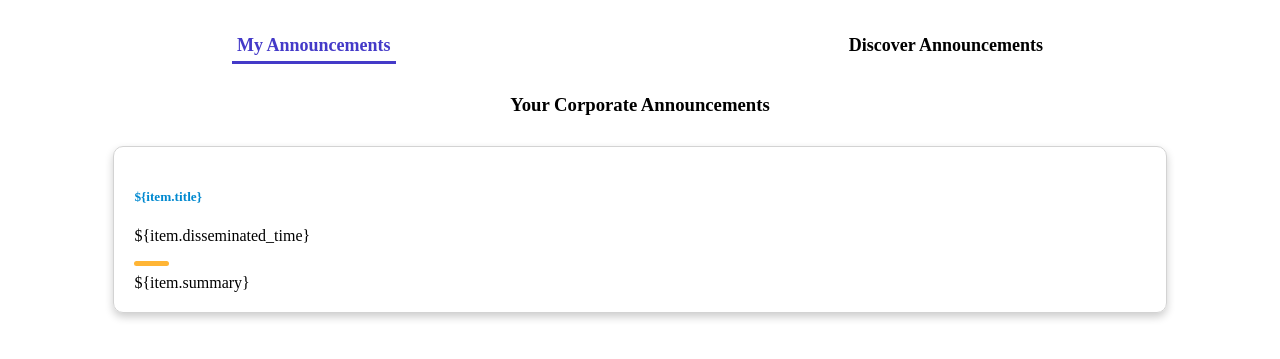
Repository: bhumikagohil/announcements
Page: announcements_tabs/index.html
These files come from the project's save history. The page is drawn as it stood at one moment and after the next save; the edit follows.
The browser window is 1280 px wide. The pictures show the whole page.
The page's requests for data from a server got no answer.

Above is the page before, as saved 2021-05-13 13:14:54.

### announcements_tabs/index.html
<!DOCTYPE html>
<html lang="en">

<head>
    <meta charset="UTF-8">
    <meta name="viewport" content="width=device-width, initial-scale=1.0">
    <meta http-equiv="X-UA-Compatible" content="ie=edge">
    <link href="style.css" rel="stylesheet">

    <title>Corporate Announcements</title>
</head>
<script src="https://ajax.googleapis.com/ajax/libs/jquery/3.5.1/jquery.min.js"></script>

<script src="script.js" defer></script>

<body>

    <div class="container">
        <ul class="tabs">
            <li data-tab-target="#my-announcements" class="active tab">My Announcements</li>
            <li data-tab-target="#discover-announcements" class="tab" id="discover-tab">Discover Announcements</li>
        </ul>

        <div class="tab-content">
            <div id="my-announcements" data-tab-content class="active">
                <div class="container">
                    <h3 class="heading">Your Corporate Announcements</h3>
                </div>

                <div class="container" id="announcements-cards-container">
                    <div class="announcements-card" id=${item.news_id}>
                        <h5 class="title">
                             ${item.title}
                        </h5>
                        <p class="time">
                            ${item.disseminated_time}
                        </p>
                        <hr/>
                        <div class="summary">
                            ${item.summary}
                        </div>
                    </div>
                </div>

            </div>
            <div id="discover-announcements" data-tab-content >
                <!-- Heading -->
                <div class="container">
                    <h3 class="heading">Discover Corporate Announcements</h3>
                </div>
                <!-- Autocomplete Bar -->
                <div class="container">
                    <form autocomplete="off" class="form">
                        <input id="input-field" placeholder="Search companies" type="text">
                        <ul class="autocomplete"></ul>
                    </form>
                </div>
                <!-- Cards Section -->
                <div class="container cards-container" id="discover-cards-container">
                </div>
            </div>

        </div>
    </div>

</body>

</html>

### announcements_tabs/style.css
[data-tab-content] {
  display: none;
}

.active[data-tab-content] {
  display: block;
}

.tabs {
  display: flex;
  justify-content: space-around;
  list-style-type: none;
  margin: 0;
  padding: 0;
}

.tab {
  cursor: pointer;
  padding: 5px;
  font-size: large;
  font-weight: bold;
}


.tab.active {
  color: #443ac8;
  border-bottom: 3px solid #443ac8;
}

.tab:hover {
  color: #443ac8;
}

/* Media Queries */
@media only screen and (max-width: 768px) {
  .tab {
    font-size: 10px;
  }
  .tab.active {
    border-bottom: 2px solid #443ac8;
  }
}

.container {
  width: 100%;
  margin: 30px auto;
}

.heading {
  text-align: center;
}

/*  ANNOUNCEMENTS */

.title {
  color: #0089d0;
}

.announcements-card {
  padding: 20px 20px;
  box-shadow: 0 4px 8px 0 rgba(0, 0, 0, 0.2);
  width: 80%;
  border: 1px solid #d3d3d3;
  border-radius: 10px;
  margin: auto;

  margin-bottom: 10px;
}

.announcements-card:hover {
  box-shadow: 0 8px 16px 0 rgba(0, 0, 0, 0.2);
}

hr {
  content: "";
  height: 5px;
  background: #ffb535;
  width: 35px;
  border-radius: 3px;
  margin-left: 0;
  border: none;
}

/* DISCOVER ANNOUNCEMENTS */

/* Input Bar */
.form {
  width: 100%;
}

#input-field {
  position: absolute;
  width: 80%;
  /* height: 35px; */
  border-right: none;
  padding: 10px;
  border-radius: 4px;
  border: 1px solid #aab7ca;
}

input[type="text" i] {
  font-size: 14px;
}

/* Autocomplete Bar */
.autocomplete {
  width: 100%;
  position: absolute;
  background: #fff;
  list-style-type: none;
  margin-top: 48px;
  padding-left: 0;
  /* margin-left: auto; */
  z-index: 10;
}

.autocomplete-items {
  display: flex;
  padding: 0px 10px;
  cursor: pointer;
  border: 1px solid #d4d4d4;
  border-top: none;
}

.autocomplete-items:hover {
  background-color: #e9e9e9;
}

.autocomplete-title {
  margin-right: 20px;
  font-size: 14px;
}

.add-button {
  width: 50px;
  height: 26px;
  text-align: center;
  cursor: pointer;
  color: #fff;
  background-color: #4caf50;
  margin: auto 0 auto auto;
  border: none;
}

/* Card  */

.cards-container {
  margin-top: 80px;
  z-index: 1;
}
.discover-card {
  padding: 2% 4%;
  box-shadow: 0 4px 8px 0 rgba(0, 0, 0, 0.2);
  border: 1px solid #d3d3d3;
  border-radius: 5px;
  margin: auto;
  margin-bottom: 10px;
  display: flex;
  flex-direction: row;
  justify-content: space-between;
  align-items: center;
}

.status-button {
  position: relative;
  border: none;
  color: white;
  padding: 5px 10px;
  height: 30px;
  width: 70px;
  text-align: center;
  text-decoration: none;
  display: inline-block;
  font-size: 12px;
  cursor: pointer;
  background-color: #f11e0f;
  z-index: 1;
}

/* Loader */
@keyframes spinner {
  to {
    transform: rotate(360deg);
  }
}

.spinner:before {
  content: "";
  position: absolute;
  width: 18px;
  height: 18px;
  margin-top: -10px;
  margin-left: -10px;
  margin-right: -10px;
  border-radius: 50%;
  border-top: 2px solid #fff;
  border-right: 2px solid transparent;
  animation: spinner 0.6s linear infinite;
  z-index: 4;
}

/* @media only screen and (min-width: 425px) {
  .autocomplete {
    width: 77%;
  }
}

@media only screen and (min-width: 768px) {
  .autocomplete {
    width: 78.3%;
  }
}

@media only screen and (min-width: 1024px) {
  .autocomplete {
    width: 78.7%;
  }
}
@media only screen and (min-width: 1440px) {
  .autocomplete {
    width: 79.2%;
  }
} */

### announcements_tabs/script.js
const tabs = document.querySelectorAll("[data-tab-target]");
const tabContents = document.querySelectorAll("[data-tab-content]");

tabs.forEach((tab) => {
  tab.addEventListener("click", () => {
    const target = document.querySelector(tab.dataset.tabTarget);
    tabContents.forEach((tabContent) => {
      tabContent.classList.remove("active");
    });
    tabs.forEach((tab) => {
      tab.classList.remove("active");
    });
    tab.classList.add("active");
    target.classList.add("active");
  });
});

// ANNOUNCEMENTS

const hostname = "165.22.217.142";

const endpoint = `http://localhost:8000/null`;

fetch(endpoint)
  .then(function (response) {
    return response.json();
  })
  .then(function (response) {
    if (response.length < 1) {
      $(".announcements-card").html(
        "You haven't added any companies yet.Please click on discover announcements to add companies to receive corporate announcements "
      );
    } else {
      const newCard = response.map((item) => {
        return `
                      <div class="announcements-card">
                          <h5 class="title"> ${item.title} </h5>
                          <p class="time"> ${item.disseminated_time}</p>
                          <hr/>
                          <div class="summary">
                              ${item.summary}
                          </div>
                      </div>
                  `;
      });

      document
        .querySelector("#announcements-cards-container")
        .insertAdjacentHTML("afterbegin", newCard);
    }
  })
  .catch(function (err) {
    console.log("error: " + err);
  });

// DISCOVER ANNOUNCEMENTS

var query,
  company_cards_present = [];

const min_query_length = 3;
const spinner = `<div class="spinner"></div>`;

$(document).ready(function () {
  $("#input-field").on("input", function () {
    query = $(this).val();
    if (query.length >= min_query_length) {
      //   Fetching Autocomplete Sugguestions
      fetchData(
        `http://${hostname}/corpann/api/autocomplete/?search=${query}`,
        renderAutocompleteItem
      );
    } else {
      $(".autocomplete").empty();
    }
  });
});

// Fetching Followed Companies
$('#discover-tab').one("click", function () {
  // $("#loadingMessage").css('padding-top', '6%');
  console.log("clicked")
});


function fetchFollowedCompanies() {
  fetchData(
    `http://${hostname}/corpann/api/company/following/`,
    renderFollowedCompanies
  );
}

// Render Followed Companies

function renderFollowedCompanies(data) {
  data.map((item) => {
    createCard(item.company_name, item.scrip_id, "Unfollow");
  });
}

// Autocomplete Items

function renderAutocompleteItem(data) {
  var filtered_autocomplete_sugguestions = data.filter(
    (item) => !company_cards_present.includes(item.scrip_id)
  );

  var new_autocomplete_item = filtered_autocomplete_sugguestions
    .map((item) => {
      return `
                      <li class="autocomplete-items" onclick="createCard('${item.company_name}','${item.scrip_id}')">
                      <span  onclick="con('${item.company_name}','${item.scrip_id}')">
                         <p class="autocomplete-title"> ${item.company_name}</p>
                          <button id="${item.scrip_id}" class="add-button" onclick="createCard('${item.company_name}','${item.scrip_id}')">Add</button>
                     </span>
                          </li>
                  `;
    })
    .join("\n");

  $(".autocomplete").empty();

  document
    .querySelector(".autocomplete")
    .insertAdjacentHTML("afterbegin", new_autocomplete_item);
}

// Creating New Card
function createCard(name, id, text) {
  company_cards_present.push(parseInt(id));

  const card = `
                  <div class="discover-card" id="${id}">
                      <h5 class="card-title"> ${name} </h5>
                      <button class="status-button" onclick="removeCard('${id}', this)">
                       ${text || spinner}
                      </button>
                  </div>
              `;

  $(".autocomplete").empty();

  $("#input-field").val("");

  document
    .querySelector("#discover-cards-container")
    .insertAdjacentHTML("afterbegin", card);

  getCompanyStatus(name, id);
}

// Fetching Company Status

function getCompanyStatus(name, id) {
  fetchData(
    `http://${hostname}/corpann/api/follow/?company=${id}`,
    checkStatus
  );
}

function checkStatus(data) {
  if (data.company_status === "Confirmed") {
    $("#" + data.scrip_id)
      .children("button")
      .html("Unfollow");
  } else {
    card = $("#discover-cards-container").children().first();
    card
      .children("button")
      .html("Try again")
      .css("background-color", "#4caf50");
    setTimeout(() => {
      removeGivenCard(card);
    }, 1000);
    company_cards_present.splice(
      company_cards_present.indexOf(card.attr("id")),
      1
    );
  }
}

function removeGivenCard(card) {
  card.remove();
}

// Removing Card on Unfollow

function removeCard(id, obj) {
  $(obj).html(spinner);
  company_cards_present = company_cards_present.filter(function (e) {
    return e !== parseInt(id);
  });
  fetchData(
    `http://${hostname}/corpann/api/unfollow/?company=${id}`,
    checkUnfollowStatus
  );
}

function checkUnfollowStatus(data) {
  if (data.company_status === "Confirmed") {
    $("#" + data.scrip_id).remove();
  } else {
    $("#status-button").html("Unfollow");
  }
}
// Fetch Function

function fetchData(endpoint, onSuccess) {
  fetch(endpoint)
    .then(function (response) {
      return response.json();
    })
    .then(function (response) {
      onSuccess(response.data);
    })
    .catch(function (err) {
      console.log(err);
    });
}

async function postData(url = "", data = {}, onSuccess) {
  // Default options are marked with *
  const response = await fetch(url, {
    method: "POST", // *GET, POST, PUT, DELETE, etc.
    mode: "cors", // no-cors, *cors, same-origin
    cache: "no-cache", // *default, no-cache, reload, force-cache, only-if-cached
    credentials: "same-origin", // include, *same-origin, omit
    headers: {
      "Content-Type": "application/json",
      // 'Content-Type': 'application/x-www-form-urlencoded',
    },
    redirect: "follow", // manual, *follow, error
    referrerPolicy: "no-referrer", // no-referrer, *no-referrer-when-downgrade, origin, origin-when-cross-origin, same-origin, strict-origin, strict-origin-when-cross-origin, unsafe-url
    body: JSON.stringify(data), // body data type must match "Content-Type" header
  })
    .then(function (response) {
      return response.json(); // parses JSON response into native JavaScript objects
    })
    .then(function (response) {
      onSuccess(response.data);
    })
    .catch(function (err) {
      console.log("error: " + err);
    });
}

After the next save:
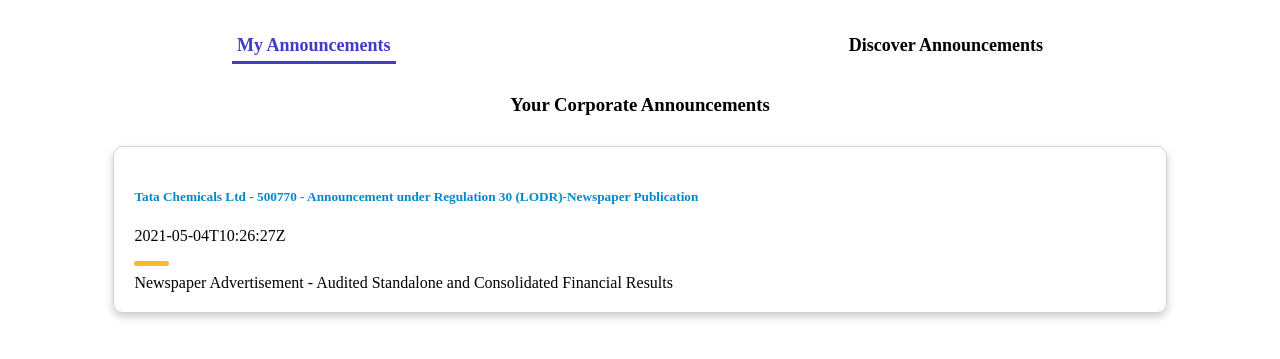
Saved 43 min 56 s later.
--- a/announcements_tabs/index.html
+++ b/announcements_tabs/index.html
@@ -30,14 +30,14 @@
                 <div class="container" id="announcements-cards-container">
                     <div class="announcements-card" id=${item.news_id}>
                         <h5 class="title">
-                             ${item.title}
+                            Tata Chemicals Ltd - 500770 - Announcement under Regulation 30 (LODR)-Newspaper Publication
                         </h5>
                         <p class="time">
-                            ${item.disseminated_time}
+                            2021-05-04T10:26:27Z
                         </p>
                         <hr/>
                         <div class="summary">
-                            ${item.summary}
+                            Newspaper Advertisement - Audited Standalone and Consolidated Financial Results
                         </div>
                     </div>
                 </div>
